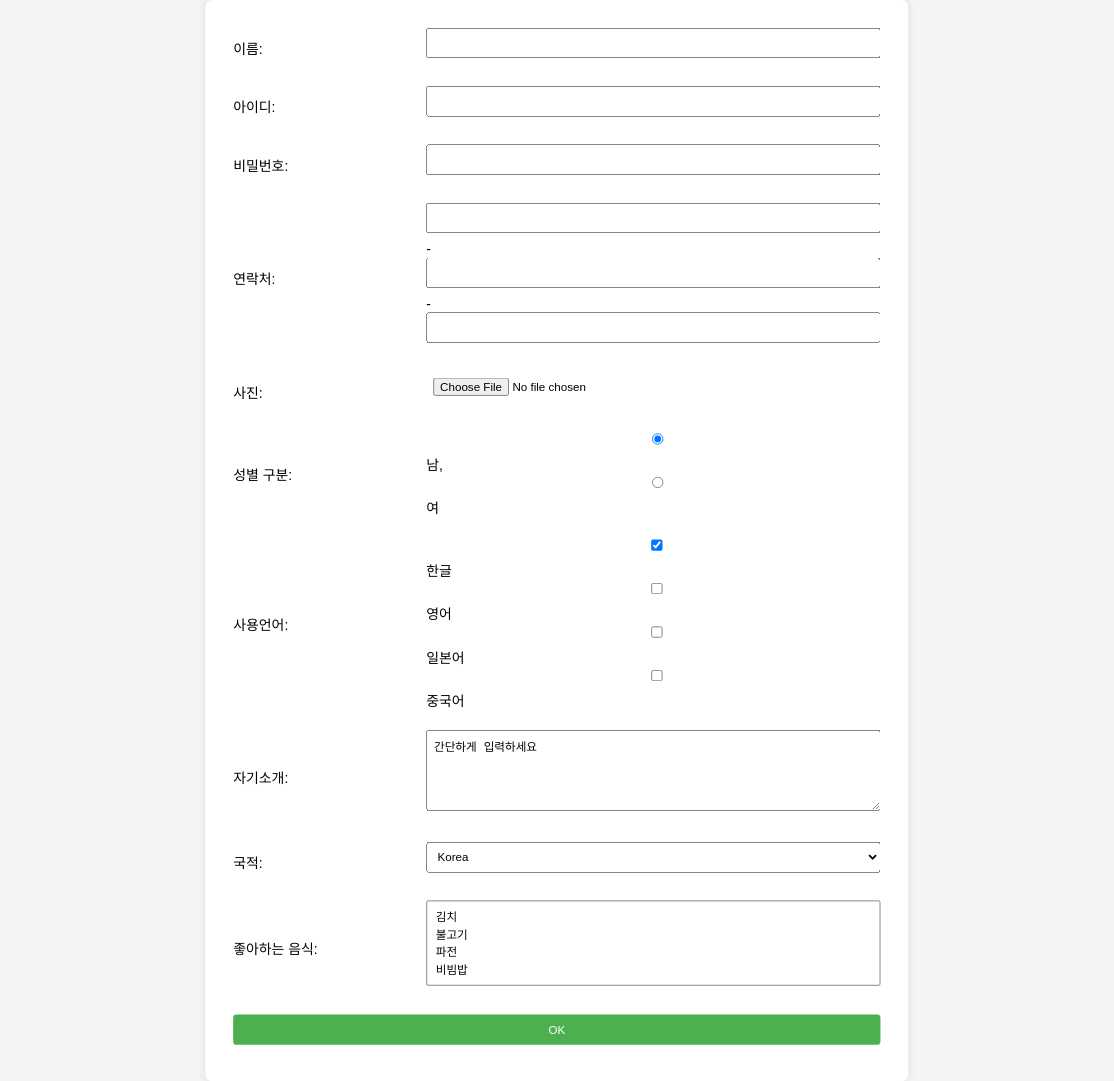
Repository: tjdwlsaos22/TJ_JSP
Page: jsp/HTML/src/main/webapp/Lec06.html
The author's editor kept a copy of each file at every save. The page is drawn from the files as they stood at one save, then again after the next save.
The browser window is 1280 px wide. The pictures show the whole page, at 87% of full size.

Above is the page before, as saved 2024-01-17 05:15:05.

### jsp/HTML/src/main/webapp/Lec06.html
<!DOCTYPE html>
<html>
	<head>
		<meta charset="UTF-8">
		<title>Registration Form</title>
		<style>
			body {
				font-family: Arial, sans-serif;
				background-color: #f4f4f4;
				margin: 0;
				padding: 0;
			}
			form {
				width: 60%;
				margin: auto;
				background-color: #fff;
				padding: 20px;
				border-radius: 8px;
				box-shadow: 0 0 10px rgba(0, 0, 0, 0.1);
			}
			table {
				width: 100%;
			}
			td {
				padding: 10px;
			}
			input, select, textarea {
				width: 100%;
				padding: 8px;
				box-sizing: border-box;
				margin-bottom: 10px;
			}
			textarea {
				resize: vertical;
			}
			input[type="submit"] {
				background-color: #4caf50;
				color: #fff;
				cursor: pointer;
				border: none;
				padding: 10px 20px;
				border-radius: 4px;
			}
			input[type="submit"]:hover {
				background-color: #45a049;
			}
		</style>
	</head>
	<body>
		<form action="#" method="get">
			<table>
				<tr>
					<td>이름:</td>
					<td><input type="text" name="userName"></td>
				</tr>
				<tr>
					<td>아이디:</td>
					<td><input type="text" name="userId"></td>
				</tr>
				<tr>
					<td>비밀번호:</td>
					<td><input type="password" name="userPassword"></td>
				</tr>
				<tr>
					<td>연락처:</td>
					<td>
						<input type="text" name="phone1" size="3"> -
						<input type="text" name="phone2" size="3"> -
						<input type="text" name="phone3" size="3">
					</td>
				</tr>
				<tr>
					<td>사진:</td>
					<td><input type="file" name="picture"></td>
				</tr>
				<tr>
					<td>성별 구분:</td>
					<td>
						<input type="radio" name="gender" value="man" checked="checked"> 남,
						<input type="radio" name="gender" value="woman"> 여
					</td>
				</tr>
				<tr>
					<td>사용언어:</td>
					<td>
						<input type="checkbox" name="lang" value="kor" checked="checked"> 한글
						<input type="checkbox" name="lang" value="eng"> 영어
						<input type="checkbox" name="lang" value="jpn"> 일본어
						<input type="checkbox" name="lang" value="chn"> 중국어
					</td>
				</tr>
				<tr>
					<td>자기소개:</td>
					<td><textarea rows="5" cols="20" name="introduce">간단하게 입력하세요</textarea></td>
				</tr>
				<tr>
					<td>국적:</td>
					<td>
						<select name="nationally">
							<option>Korea</option>
							<option>USA</option>
							<option>Japan</option>
							<option>China</option>
						</select>
					</td>
				</tr>
				<tr>
					<td>좋아하는 음식:</td>
					<td>
						<select multiple="multiple" name="food">
							<option>김치</option>
							<option>불고기</option>
							<option>파전</option>
							<option>비빔밥</option>
						</select>
					</td>
				</tr>
				<tr>
					<td colspan="2" align="center"><input type="submit" name="order" value="OK"></td>
				</tr>
			</table>
		</form>
	</body>
</html>

After the next save:
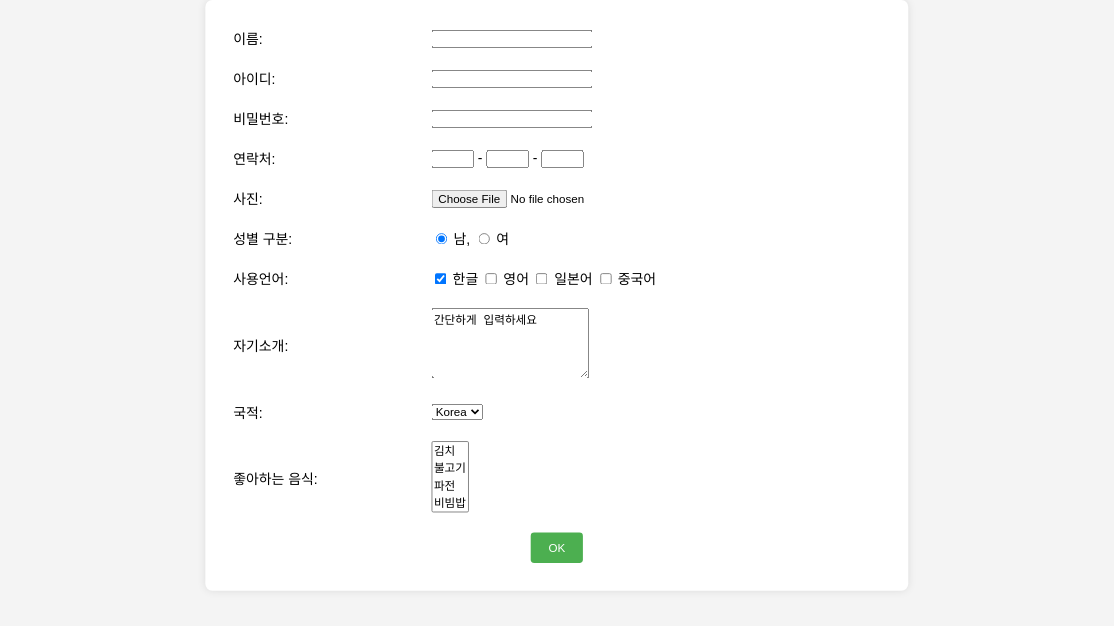
Saved 46 s later.
--- a/jsp/HTML/src/main/webapp/Lec06.html
+++ b/jsp/HTML/src/main/webapp/Lec06.html
@@ -23,12 +23,6 @@
 			}
 			td {
 				padding: 10px;
-			}
-			input, select, textarea {
-				width: 100%;
-				padding: 8px;
-				box-sizing: border-box;
-				margin-bottom: 10px;
 			}
 			textarea {
 				resize: vertical;
